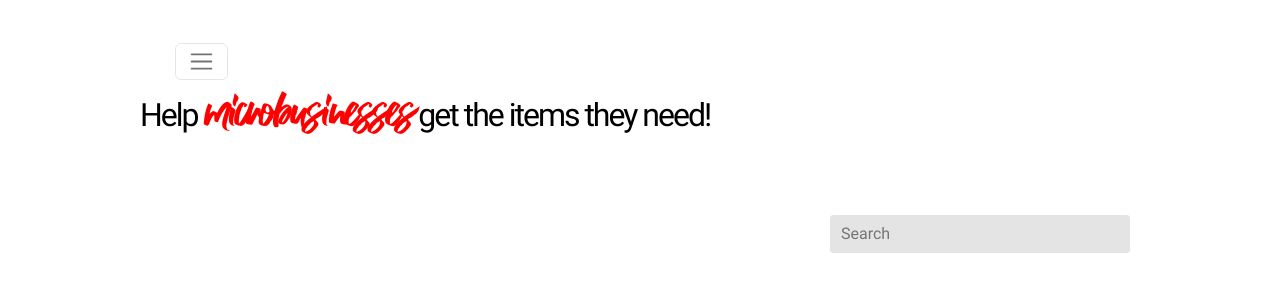
Repository: David-Waite/edableStyleChanges
Page: /
The author's editor kept a copy of each file at every save. The page is drawn from the files as they stood at one save, then again after the next save.
The browser window is 1280 px wide. The pictures show the whole page.
The project was rebuilt for these pictures with package versions that can differ from the ones it lists, and the page was loaded fresh each time. Also part of the build but not shown: src/components/Item/ProgressBar.css, src/components/Volunteer/Volunteer.tsx, src/components/DonorForm/Message.css, src/components/Volunteer/VolunteerError.tsx, src/components/Default.tsx, src/components/DonorForm/Paypal.tsx, src/components/DonorForm/DonorForm.tsx, src/components/Organisation/Organisation.module.css and 9 more.

Above is the page before, as saved 2022-10-27 17:46:04.

### public/index.html
<!DOCTYPE html>
<html lang="en">
  <head>
    <meta charset="utf-8" />
    <link rel="icon" href="%PUBLIC_URL%/favicon.ico" />
    <meta name="viewport" content="width=device-width, initial-scale=1" />
    <meta name="theme-color" content="#000000" />
    <meta name="description" content="EdAble Donations System" />
    <link rel="apple-touch-icon" href="%PUBLIC_URL%/logo192.png" />
    <link rel="manifest" href="%PUBLIC_URL%/manifest.json" />
    <link
      rel="stylesheet"
      href="https://cdn.jsdelivr.net/npm/bootstrap@5.2.0-beta1/dist/css/bootstrap.min.css"
      integrity="sha384-0evHe/X+R7YkIZDRvuzKMRqM+OrBnVFBL6DOitfPri4tjfHxaWutUpFmBp4vmVor"
      crossorigin="anonymous"
    />
    <title>EdAble Donations</title>
  </head>
  <body>
    <noscript>You need to enable JavaScript to run this app.</noscript>
    <div id="root"></div>
  </body>
  <script src="./iframeResizer.contentWindow.min.js"></script>
</html>

### src/index.tsx
import React from 'react';
import ReactDOM from 'react-dom/client';
import './index.css';
import App from './App';
import reportWebVitals from './reportWebVitals';
import './fonts/Roboto/Roboto-Medium.ttf';
import './fonts/Lora/Lora-VariableFont_wght.ttf';

const root = ReactDOM.createRoot(
  document.getElementById('root') as HTMLElement
);
root.render(
  <React.StrictMode>
    <App />
  </React.StrictMode>
);

// If you want to start measuring performance in your app, pass a function
// to log results (for example: reportWebVitals(console.log))
// or send to an analytics endpoint. Learn more: https://bit.ly/CRA-vitals
reportWebVitals();

### src/index.css
body {
  margin: 0;
  -webkit-font-smoothing: antialiased;
  -moz-osx-font-smoothing: grayscale;
}

code {
  font-family: source-code-pro, Menlo, Monaco, Consolas, "Courier New",
    monospace;
}

* {
  box-sizing: border-box;
}

#page-wrap {
  padding-bottom: 10px;
  padding-top: 10px;
}
@font-face {
  font-family: "Roboto";
  src: local("Roboto"),
    url("./fonts/Roboto/Roboto-Medium.ttf") format("truetype");
}

@font-face {
  font-family: "Lora";
  src: local("Lora"),
    url("./fonts/Lora/Lora-VariableFont_wght.ttf") format("truetype");
}

@font-face {
  font-family: "black_stonealternative";
  src: local("blackStone"),
    url("./fonts/BlackStone/blackstone-alternative-webfont.woff") format("woff");
}

h1 {
  font-family: "Roboto";
  font-style: normal;
  font-weight: 700;
  font-size: 52px;
  line-height: 64px;
  /* identical to box height, or 123% */
  color: #000000;
}

h2 {
  font-family: "Lora";
  font-style: normal;
  font-weight: 700;
  font-size: 47px;
  line-height: 60px;
  /* identical to box height, or 128% */
  color: #f1f1f1;
}

h3 {
  font-family: "Lora";
  font-style: normal;
  font-weight: 700;
  font-size: 40px;
  line-height: 51px;
  color: #c4c4c4;
}

h4 {
  font-family: "Roboto";
  font-style: normal;
  font-weight: 700;
  font-size: 35px;
  line-height: 43px;
  /* identical to box height, or 123% */
  letter-spacing: 0.02em;
  color: #000000;
}

h5 {
  font-family: "Roboto";
  font-style: normal;
  font-weight: 700;
  font-size: 28px;
  line-height: 44px;
  /* identical to box height, or 157% */
  color: #000000;
}

h6 {
  font-family: "Roboto";
  font-style: normal;
  font-weight: 700;
  font-size: 21px;
  line-height: 25px;
  /* identical to box height */
  color: #000000;
}

body {
  font-family: "Roboto";
  font-style: normal;
  font-weight: 400;
  font-size: 21px;
  line-height: 32px;
  /* identical to box height, or 152% */
  color: #000000;
}

### src/App.tsx
import React from "react";
import "./App.css";
import { BrowserRouter, Routes, Route } from "react-router-dom";

import { PayPalScriptProvider } from "@paypal/react-paypal-js";
import Base from "./components/Base";
import Landing from "./components/Landing/Landing";
import Volunteer from "./components/Volunteer/Volunteer";
import VolunteerError from "./components/Volunteer/VolunteerError";
import Default from "./components/Default";
import Organisation from "./components/Organisation/Organisation";
import ItemPage from "./components/Item/ItemPage";
import Success from "./components/DonorForm/Success";
import Cancel from "./components/DonorForm/Cancel";
import PastDonations from "./components/DonorForm/PastDonations";
import PastItemDonations from "./components/DonorForm/PastItemDonations";
import DonateTime from "./components/Volunteer/DonateTime";

function App() {
  return (
    <PayPalScriptProvider
      options={{
        "client-id":
        process.env.REACT_APP_PAYPAL_CLIENT_ID||"ATT3Tn46NrmHggGqVC4mzWOZWlnbp2ID9DA0yQnhsgqPFIVPPlLhfSI_-atbZc3aN7n_k7wUVTyQJMnI",
        currency: "AUD",
      }}
    >
      <BrowserRouter>
        <Routes>
          <Route path="/" element={<Base />}>
            <Route path="/" element={<Landing />} />
            <Route path="volunteer" element={<Volunteer />} />
            <Route path="success" element={<Success />} />
            <Route path="organisation/:orgId" element={<Organisation />} />
            <Route path="cancel/:orgId" element={<Cancel />} />
            <Route path="volunteererror/:orgId" element={<VolunteerError />} />
            <Route path="organisation/:orgId" element={<PastDonations />} />
            <Route path="item/:orgID/:itemID" element={<ItemPage />} />
            <Route path="item/:orgID/:itemID" element={<PastItemDonations />} />
            <Route path="volunteer/organisation/:orgId" element={<DonateTime />} />
            <Route path="volunteer/success" element={<Success />} />

            {/* Using path="*"" means "match anything", so this route
                acts like a catch-all for URLs that we don't have explicit
              routes for. */}
            <Route path="*" element={<Default />} />
          </Route>
        </Routes>
      </BrowserRouter>
    </PayPalScriptProvider>
  );
}

export default App;

### src/App.css
.App {
  text-align: center;
}

.App-logo {
  height: 40vmin;
  pointer-events: none;
}

@media (prefers-reduced-motion: no-preference) {
  .App-logo {
    animation: App-logo-spin infinite 20s linear;
  }
}

.App-header {
  background-color: #282c34;
  min-height: 100vh;
  display: flex;
  flex-direction: column;
  align-items: center;
  justify-content: center;
  font-size: calc(10px + 2vmin);
  color: white;
}

.App-link {
  color: #61dafb;
}

@keyframes App-logo-spin {
  from {
    transform: rotate(0deg);
  }
  to {
    transform: rotate(360deg);
  }
}

.font-face-rob {
  font-family: "Roboto";
}

.font-face-lora {
  font-family: "Lora";
}

.font-face-Black {
  font-family: "black_stonealternative";
}

### src/components/Base.tsx
import { Outlet } from 'react-router-dom';

function BasePage() {
  return (
    <>
      {/* An <Outlet> renders whatever child route is currently active,
          so you can think about this <Outlet> as a placeholder for
        the child routes we defined above. */}
      <Outlet/>
    </>
  );
}

export default BasePage;

### src/components/Landing/Landing.tsx
import { useEffect, useState } from "react";
import "./Landing.css";
import { Link } from "react-router-dom";
import { db } from "../../config/firebase";
import { collection, query, onSnapshot, where } from "firebase/firestore";
import { Button, Container, Carousel, Row, Col } from "react-bootstrap";
import { ReactComponent as InclusionHero } from "./InclusionHero.svg";

import Sidebar from "./Sidebar";
import ItemsCollection from "./ItemsCollection";
import Organisation from "../Organisation/Organisation";

function Landing() {
  const [orgList, setOrgList] = useState<any>([]);

  // gets all the orgs from dbs
  useEffect(() => {
    const q = query(
      collection(db, "Organisations"),
      where("activeStatus", "==", true)
    );
    onSnapshot(q, (querySnapshot) => {
      // setOrgList dumps all the orgs in orgList
      setOrgList(
        querySnapshot.docs.map((doc) => ({
          id: doc.id,
          data: doc.data(),
        }))
      );
    });
  }, []);

  useEffect(() => {
    window.scrollTo(0, 0);
  }, []);

  return (
    //   these lines set up the format of the page
    <>
      <div className="landing">
        {/* Burger menu */}
        <div className="navBarContainer">
          <Sidebar orgList={orgList} />
        </div>

        <div className="App" id="outer-container">
          {/* Carousel */}
          <Container>
            <Row>
              <Col>
                <div className="carouselContainer">
                  <Carousel
                    touch={true}
                    interval={4000}
                    indicators={true}
                    variant="light"
                  >
                    {orgList.map((org: any) => (
                      <Carousel.Item
                        key={org.id.toString()}
                        style={{
                          textAlign: "left",
                        }}
                      >
                        <Link
                          to={`organisation/${org.id}`}
                          style={{
                            textDecoration: "none",
                            color: "black",
                          }}
                        >
                          {/* this div contains the carousel item's contents and makes the whole carousel item a link (based on link tag above) */}
                          <div
                            className="carousel-contents"
                            style={{ backgroundImage: `url(${org.data.img})` }}
                          >
                            <h2 className="title">{org.data.name}</h2>
                            <div className="carousel-contents-bottom">
                              <p className="orgSummary">{org.data.summary}</p>
                              <Button
                                className="btnContribute"
                                variant="warning"
                              >
                                <div>
                                  CONTRIBUTE TO
                                  <span>{org.data.name.toUpperCase()}</span>!
                                </div>
                              </Button>
                            </div>
                          </div>
                        </Link>
                      </Carousel.Item>
                    ))}
                  </Carousel>
                </div>
              </Col>
            </Row>
          </Container>
        </div>

        <ItemsCollection orgList={orgList} />
      </div>
    </>
  );
}

export default Landing;

### src/components/Landing/Landing.css
.carousel-control-next,
.carousel-control-prev {
  width: 10%;
}

/* .landing {
  background-color: #ffffd9;
} */

.landing {
  max-width: 1000px;
  padding-top: 20px;
  margin: 0 auto 90px;
}

.title {
  font-size: 33px;
  font-family: sans-serif;
  height: auto;
  margin-bottom: 0px;
}

.header {
  /* margin-top: 15px;
  margin-left: 20px;
  margin-right: 20px; */
  padding-left: 3vw;
  padding-right: 3vw;
  /* padding-bottom: 20px; */
  padding-top: 3vh;
  background-color: black;
}

.star {
  height: 200px;
  width: 400px;
  display: block;
  margin: auto;
}

.col {
  padding: 0;
}

@media screen and (min-width: 100px) {
  h1 {
    font-size: calc(20px + 8vw);
  }

  h3 {
    font-size: calc(15px + 0.8vw);
  }

  p {
    font-size: calc(8px + 1vw);
    font-weight: 250;
  }
}

.navBarContainer {
  margin-left: 30px;
  margin-top: 10px;
  position: absolute;
  color: white;
}

.carousel {
  /* margin: 3px; */
  /* border-radius: 30px; */

  color: white;
  /* height: ; */
}

.carousel-contents {
  display: flex;

  flex-direction: column;
  justify-content: flex-end;

  padding: 10px 25px;
  color: white;
  height: 500px;
}

.carousel-indicators {
  margin-bottom: 10px;
}

.carousel-contents-bottom {
  display: flex;
  align-items: center;
  justify-content: space-between;
  gap: 20px;

  margin-bottom: 30px;
}

.btnContribute {
  background-color: #e50040;
  color: white;
  border: none;
  border-radius: 3px;
  padding: 10px 15px;
}

.btnContribute span {
  margin-left: 3px;
  font-size: 16px;
  font-weight: 400;
  color: white;
}

.btnContribute div {
  width: 300px;
  font-size: 16px;
  font-weight: 400;
  margin: 0;
}

.btnContribute:hover {
  background-color: #d4033e;
  color: white;
}

.orgSummary {
  font-size: 16px;
  line-height: 25px;
}

.imgCarousel {
  width: 100%;
  height: 600px;
}
@media screen and (max-width: 770px) {
  .btnContribute {
    font-size: 17px;
    color: white;
  }
  .btn {
    --bs-btn-line-height: 1.75;
  }
}

@media screen and (max-width: 500px) {
  .star {
    height: 150px;
    width: 300px;
  }
  .btnContribute {
    font-size: 15px;
  }
}
@media screen and (max-width: 400px) {
  .btnContribute {
    font-size: 13px;
  }
  .btn {
    --bs-btn-line-height: 1;
  }
}
@media screen and (max-width: 340px) {
  .star {
    height: 100px;
    width: 200px;
  }
  h2 {
    font-size: 20px;
  }
  .orgSummary {
    font-size: 15px;
  }
  .imgCarousel {
    width: 150px;
    height: 150px;
  }
}
@media screen and (max-width: 340px) {
  .navBarContainer {
    margin-left: 20px;
  }
}

/* #carousel-indicators {
    color:rgb(17, 0, 61)
} */

/* Button {
  font-size: x-small;




   <img
                              className="imgCarousel"
                              src={org.data.img}
                              alt={`${org.data.name}` + "'s logo"}
                            />
} */

### src/config/firebase.js
import { initializeApp } from "firebase/app";
import { getFirestore } from "firebase/firestore";
import { initializeAppCheck, ReCaptchaV3Provider } from "firebase/app-check";

const firebaseConfig = {
  apiKey: "AIzaSyDs6EtNxxw7Q9vqGTd9EFzCkpK4aQ9u_dY",
  authDomain: "edable-swinburne.firebaseapp.com",
  projectId: "edable-swinburne",
  storageBucket: "edable-swinburne.appspot.com",
  messagingSenderId: "217658206897",
  appId: "1:217658206897:web:529a69fce1bf349d7ad090",
  measurementId: "G-2R2MP9QZ9F",
};

// Initialize Firebase
const app = initializeApp(firebaseConfig);
const db = getFirestore(app);

// app check
const appCheck = initializeAppCheck(app, {
  provider: new ReCaptchaV3Provider("6LcACHkiAAAAAI-dIVsdXLO9-vrCICsqM5sRRjbJ"),
  isTokenAutoRefreshEnabled: true,
});

export { db };

### src/components/Landing/Sidebar.tsx
import { useState, useEffect } from "react";
import { query, onSnapshot, collection, where } from "firebase/firestore";
import { db } from "../../config/firebase";
import { Link } from "react-router-dom";
import Navbar from "react-bootstrap/Navbar";
import Offcanvas from "react-bootstrap/Offcanvas";

type SidemenuProps = {
  pageWrapId: string;
  outerContainerId: string;
};

function Sidebar(props: any) {
  const [search, setSearch] = useState<string>("");

  const handleChange = (e: React.ChangeEvent<HTMLInputElement>) => {
    setSearch(e.target.value);
  };

  const filteredOrganisations = props.orgList.filter((Organisations: any) =>
    Organisations.data.name.toLowerCase().includes(search.toLowerCase())
  );
  return (
    <>
      <Navbar expand={false}>
        <Navbar.Toggle aria-controls={`offcanvasNavbar-expand`} />
        <Navbar.Offcanvas
          id={`offcanvasNavbar-expand`}
          aria-labelledby={`offcanvasNavbarLabel-expand`}
        >
          <Offcanvas.Header closeButton>
            <Offcanvas.Title
              id={`offcanvasNavbarLabel-expand`}
              style={{
                fontSize: "20px",
              }}
            >
              Social-enterprises supported by EdAble
            </Offcanvas.Title>
          </Offcanvas.Header>
          <Offcanvas.Body>
            <input type="text" onChange={handleChange} placeholder="Search" />
            {filteredOrganisations.map((Organisation: any) => (
              <Link
                style={{
                  textDecoration: "none",
                  color: "black",
                }}
                to={`organisation/${Organisation.id}`}
                key={Organisation.id}
              >
                <br />
                <div>{Organisation.data.name}</div>
              </Link>
            ))}
          </Offcanvas.Body>
        </Navbar.Offcanvas>
      </Navbar>
    </>
  );
}

export default Sidebar;

### src/components/Landing/ItemsCollection.tsx
import { useState, useEffect } from "react";
import {
  collectionGroup,
  query,
  onSnapshot,
  collection,
  where,
  getDocs,
} from "firebase/firestore";
import { db } from "../../config/firebase";
import Card from "react-bootstrap/Card";
import ProgressBar from "react-bootstrap/ProgressBar";
import { Link } from "react-router-dom";
import styles from "./ItemsCollection.module.css";
import "../Item/ProgressBar.css";

function ItemsCollection(props: any) {
  const [itemList, setItemList] = useState<any>([]);
  const [search, setSearch] = useState<string>("");

  useEffect(() => {
    const q = query(
      collectionGroup(db, "Items"),
      where("activeStatus", "==", true)
    );

    onSnapshot(q, async (querySnapshot) => {
      setItemList(
        querySnapshot.docs.map((doc) => ({
          id: doc.id,
          data: doc.data(),
          parentDoc: doc.ref.parent.parent?.id,
        }))
      );
    });
  }, []);

  function mergeLists() {
    const mergeList: any = [];
    itemList.map((item: any) => {
      props.orgList.map((org: any) => {
        if (item.parentDoc === org.id) {
          if (item.data.activeStatus === true) {
            mergeList.push({
              ...item,
              orgName: org.data.name,
              orgActiveStatus: org.data.activeStatus,
            });
          }
        }
      });
    });
    return mergeList;
  }

  const mergeList = mergeLists();

  const handleChange = (e: React.ChangeEvent<HTMLInputElement>) => {
    setSearch(e.target.value);
  };
  const filteredItems = mergeList.filter((item: any) =>
    item.data.name.toLowerCase().includes(search.toLowerCase())
  );
  return (
    <>
      <div className={styles.containerDiv}>
        <h2 className={styles.title}>
          Help <span>microbusinesses</span> get the items they need!
        </h2>
        <div
          className={styles.searchBar}
          style={{
            borderRadius: "3px",
            display: "flex",
            alignItems: "right",
            justifyContent: "right",
          }}
        >
          <input
            style={{ fontSize: "16px" }}
            className={styles.input}
            type="text"
            onChange={handleChange}
            placeholder="Search"
          />
        </div>

        <div className={styles.cardParentDiv}>
          {filteredItems.map((item: any) => (
            <div key={item.id.toString()} className={styles.cards}>
              <img src={item.data.img} alt={`Image of  ${item.data.name}`} />
              <div className={styles.cardBody}>
                <div>
                  <h3 className={styles.cardTitle}>
                    {item.orgName}:
                    <br />
                    <span>{item.data.name}</span>
                  </h3>

                  <p className={styles.cardDes}>{item.data.summary}</p>
                </div>

                <div className={styles.bottomHalfCard}>
                  <ProgressBar
                    striped
                    now={
                      item.data.totalDonationsValue
                        ? (item.data.totalDonationsValue /
                            item.data.initialPrice) *
                          100
                        : 0
                    }
                    label={`${Math.round(
                      (item.data.totalDonationsValue / item.data.initialPrice) *
                        100
                    )}%`}
                  />
                  <Link
                    style={{
                      textDecoration: "none",
                      color: "black",
                    }}
                    to={`item/${item.parentDoc}/${item.id}`}
                  >
                    <div className={styles.btn}>DONATE NOW!</div>
                  </Link>
                </div>
              </div>
            </div>
          ))}
        </div>
      </div>
    </>
  );
}

export default ItemsCollection;

### src/components/Landing/ItemsCollection.module.css
.containerDiv {
  /* background-color: rgb(212, 238, 249); */
  border-radius: 40px;
}

.searchBar {
  border-radius: 3px !important;
  padding: 0;
}
.title {
  font-size: 32px;
  color: black;
  font-family: "Roboto";
  margin-top: 60px;
  margin-bottom: 60px;
  font-weight: 500;
  letter-spacing: -2px;
}

.title span {
  font-family: "black_stonealternative";
  margin-left: 0px;
  margin-right: 0px;
  font-size: 55px;
  font-weight: 100;
}

.input {
  margin: 10px;
  width: 300px;
  border-radius: 3px;
  padding: 2px 10px;
}

.cardParentDiv {
  display: grid;
  grid-template-columns: 1fr 1fr 1fr;
  gap: 30px;
}

.bottomHalfCard {
  align-self: end;
}
.cardParentDiv img {
  width: 100%;
  height: 180px;
  object-fit: cover;
  padding: 0;
  margin: 0;
}

.cardTitle {
  font-size: 18px;
  color: black;
  font-family: sans-serif;
  height: auto;
  line-height: 25px;
}

.cardTitle span {
  color: #e50040;
}

.cardDes {
  height: 60px;
  margin-top: 0px;
  color: rgb(29, 29, 29);
  font-size: 16px;
  letter-spacing: 0.1px;
  line-height: 16px;
  font-weight: 400;
}

.btn {
  text-decoration: none;
  color: white;
  display: flex;
  align-items: center;
  justify-content: center;
  height: 40px;
  margin-top: 10px;
  margin-bottom: -15px;
  text-align: center;
  border-radius: 3px;
  font-size: 16px;
  font-weight: 400;

  background-color: #5e17a9;
}

.cardBody {
  padding: 10px 10px 30px 10px;
}

.cards {
  border-radius: 3px;
  border: none;
  background-color: #f4f4f4;
}

@media (max-width: 1200px) {
  .cards {
    flex: 25%;
  }
}
@media (max-width: 1000px) {
  .cards {
    flex: 42%;
  }
  .input {
    width: 30%;
  }
}
@media (max-width: 768px) {
  .cards {
    flex: 75%;
  }
  .input {
    width: 50%;
  }
}
@media (max-width: 630px) {
  .cards {
    flex: 100%;
  }
  .input {
    width: 70%;
  }
}
@media (max-width: 500px) {
  .input {
    width: 100%;
  }
  .containerDiv {
    padding: 15px;
  }
  .cards {
    margin-left: 0px;
    margin-right: 0px;
    box-shadow: 4px 4px 13px -4px #3f3f3f;
  }
  .itemImg {
    width: 175px;
    height: 175px;
  }
}

### src/components/DonorForm/DonorForm.css
.donorInfoContainer, .VolunteerInfoContainer {
  border-radius: 10px;
  border: 1px solid rgb(215, 215, 215);
  padding: 30px;
  min-width: 500px;
  max-width: 60%;
  background-color: white;
  display: flex;
  justify-content: center;
}

.presetButtons {
  display: flex;
  align-items: center;
  justify-content: center;
}

label {
  font-size: small;
  color: rgb(46, 46, 46);
}

input, select {
  display: block;
  box-sizing: border-box;
  width: 100%;
  border-radius: 3px;
  border: 1px solid #e4e4e4;
  padding: 10px 10px;
  margin-bottom: 1px;
  font-size: 12px;
  background-color: #e4e4e4;
}

span {
  font-size: large;
  color: red;
}

.proceedPayBtn {
  color: white;
  background-color: #FF7000;
  border-color: #FF7000;
}

button {
  border-radius: 4px;
  border: 1px solid rgb(215, 215, 215);
  padding: 5px 10px;
  font-size: 14px;
  margin: 5px;
  color:white;
  background-color: #FF7000;
  border-color: #FF7000;
}

button[type='submit'],
input[type='submit'] {
  background: #ec598f;
  color: white;
  text-transform: uppercase;
  border: none;
  margin-top: 40px;
  padding: 10px;
  font-size: 16px;
  font-weight: 400;
  letter-spacing: 10px;
}

button[type='submit']:hover,
input[type='submit']:hover {
  background: #bf1650;
}

@media screen and (max-width: 630px) {
  .donorInfoContainer, .VolunteerInfoContainer{
    width: calc(100vw - 30px);
    min-width:0px;
    max-width: 100%;
  }
}
@media screen and (max-width: 310px) {
  .donorInfoContainer, .VolunteerInfoContainer{
    padding:10px;
    padding-top: 30px;
  }
}
/* .volunteerOrgInfo{
  display: none;
} */
.DOB{
  display: block;
}
/* #isOrg:checked + .volunteerOrgInfo {
  display: block;
} */
#isOrg:checked ~ .DOB {
  display: none;
}

Loaded but not shown: src/reportWebVitals.ts (common file); public/iframeResizer.contentWindow.min.js (library)

After the next save:
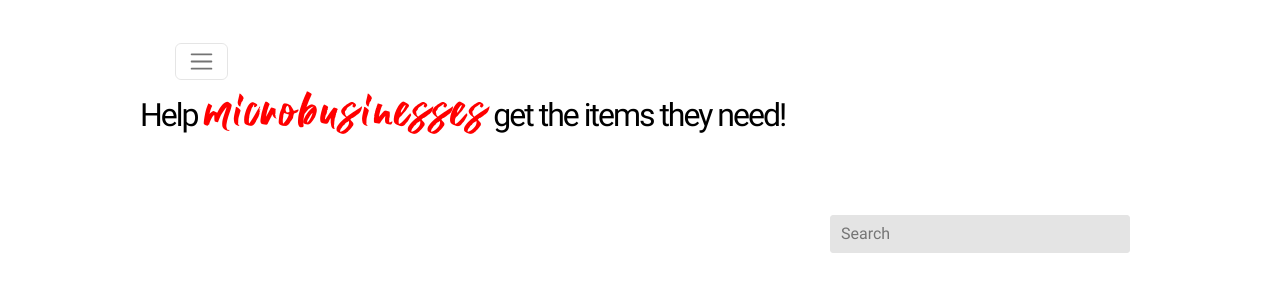
Saved 12 s later.
--- a/src/components/Landing/ItemsCollection.module.css
+++ b/src/components/Landing/ItemsCollection.module.css
@@ -22,6 +22,7 @@
   margin-left: 0px;
   margin-right: 0px;
   font-size: 55px;
+  letter-spacing: 3px;
   font-weight: 100;
 }
 
